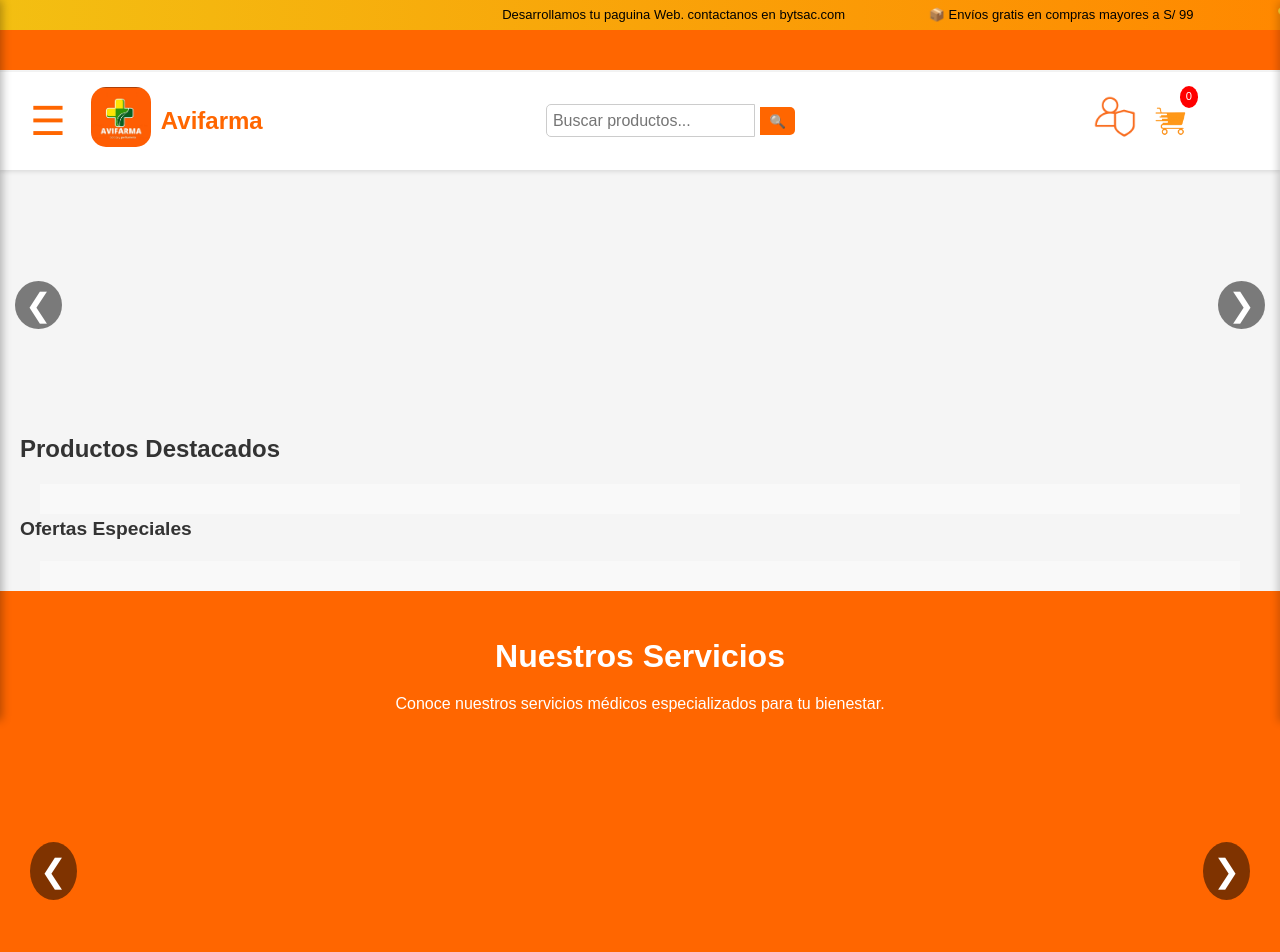
Repository: AVH75/avifarma-tienda
Page: index.html
The author's editor kept a copy of each file at every save. The page is drawn from the files as they stood at one save, then again after the next save.
The browser window is 1280 px wide. The pictures show the part of the page from y = 0 to 952 px (the page is 1452 px tall before and 2764 px after).
A picture or video elsewhere on the page could not be fetched, so the positions and the page height are approximate.

Above is the page before, as saved 2025-09-22 22:48:30.

After the next save:
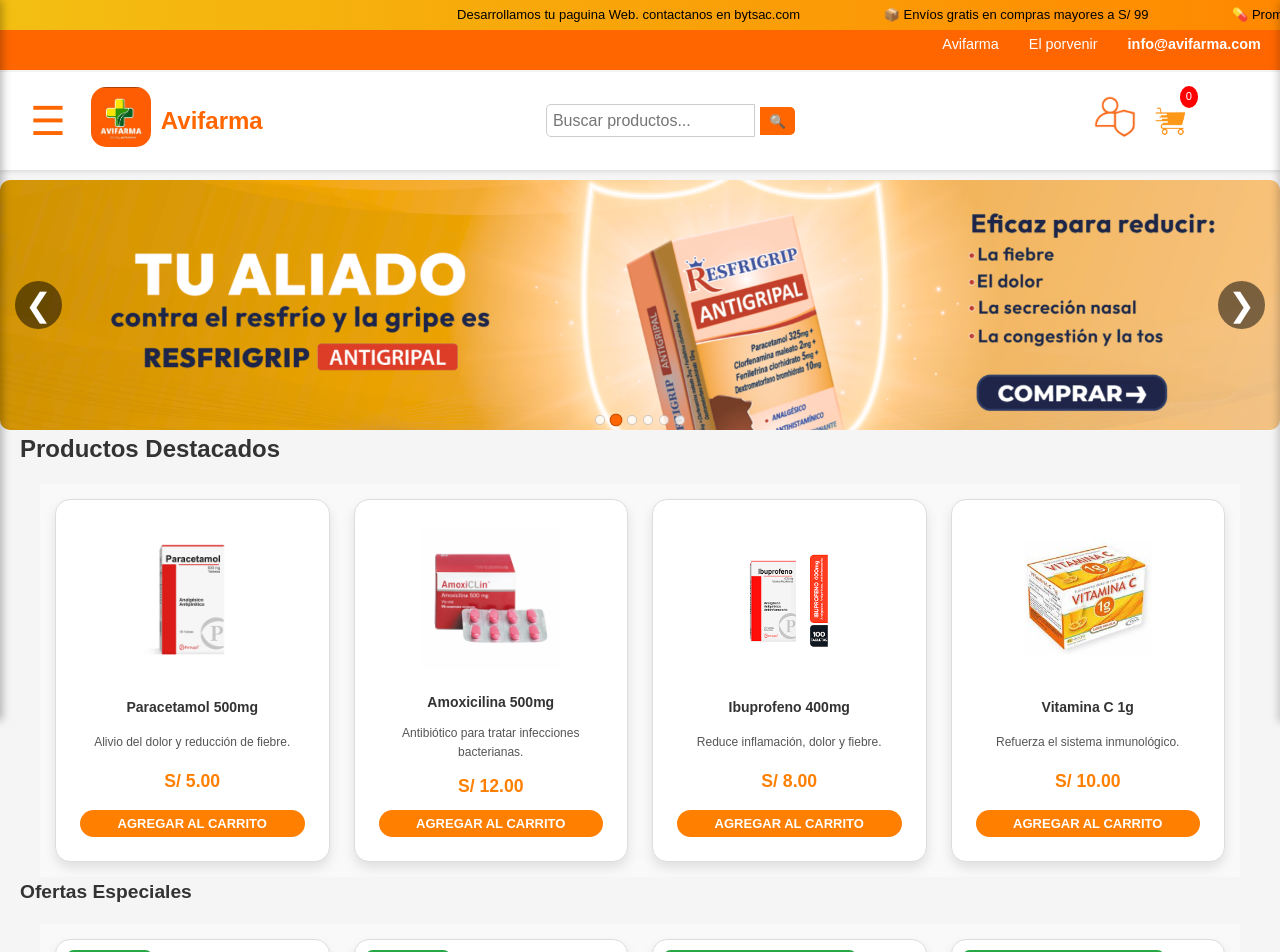
Saved 11 s later.
--- a/js/render-catalogo.js
+++ b/js/render-catalogo.js
@@ -397,7 +397,22 @@
     });
 }
 
-
+// =========================
+// TOPBAR
+// =========================
+function mostrarTopBar(data) {
+    const topBar = document.getElementById("top-bar");
+    if (!topBar || !data.topBar) {
+        console.error("⚠️ No existe el contenedor #top-bar o no hay datos para el top bar.");
+        return;
+    }
+
+    topBar.innerHTML = `
+        <span class="titulo">${data.topBar.titulo ?? ""}</span>
+        <span class="direccion">${data.topBar.direccion ?? ""}</span>
+        <a href="mailto:${data.topBar.email ?? ""}" class="email">${data.topBar.email ?? ""}</a>
+    `;
+}
 
 
 // =========================
